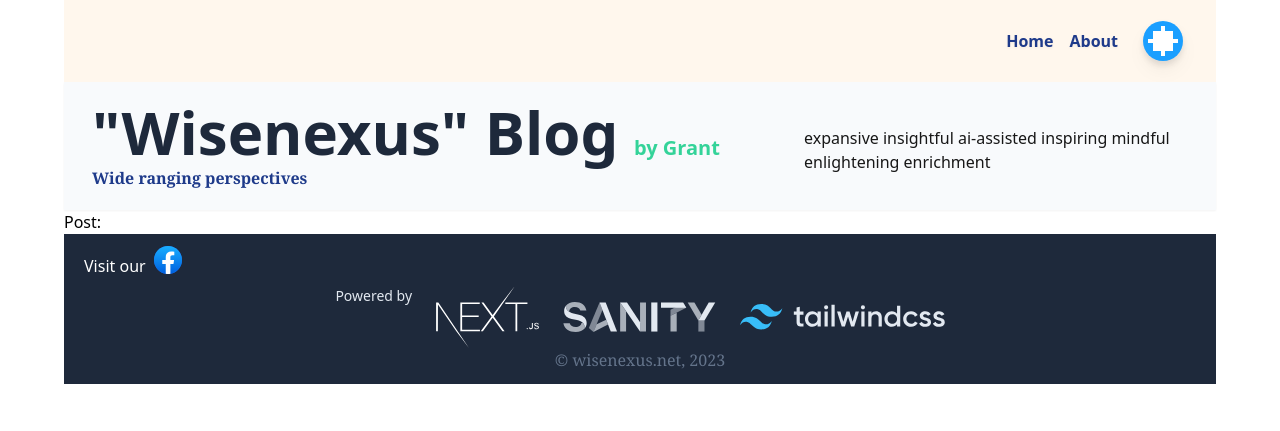
Repository: gpgundersen/sanity3-nextjs13-blog
Page: /post
These files come from the project's save history. The page is drawn as it stood at one moment and after the next save; the edit follows.
The browser window is 1280 px wide. The pictures show the whole page.
The project was rebuilt for these pictures with package versions that can differ from the ones it lists, and the page was loaded fresh each time. The framework's server and built-in components were replaced by stand-ins that run in the browser. Also part of the build but not shown: next.config.js.

Above is the page before, as saved 2023-02-05 17:02:34.

### app/(user)/layout.tsx
import Header from "../../components/Header"
import Banner from "../../components/Banner"
import Footer from "../../components/Footer"
import "../../styles/globals.css";

export default function RootLayout({
  children,
}: {
  children: React.ReactNode
}): JSX.Element {
  return (
    <html>
      <head />
      <body className="max-w-6xl mx-auto">
        <Header />
        <Banner />
        {children}
        <Footer />
        </body>
    </html>
  )
}

### app/(user)/post/page.tsx
import { client } from "../../../lib/sanity.client"

type Props = {
    params: {
        slug: string;
    };
};

function Post({params:
    { slug } }: Props) {
        return <div>Post: {slug}</div>;
    }


export default Post;

### components/Header.tsx
import NexusLogo from "./NexusLogo"
import Link from "next/link"

function Header() {
    return (
        <header className="flex items-center justify-end space-x-1 font-bold px-7 py-4 bg-orange-50">
            <div className="flex items-center justify-end space-x-4 mx-4 text-blue-900 drop-shadow-sm">
            <div className="hover:text-blue-500"><Link href="/">Home</Link></div>
            <div className="hover:text-blue-500"><Link href="/about/wise-phil">About</Link></div>
            </div>
            <div className="drop-shadow-lg">
               <NexusLogo />
            </div>
        </header>
    )
}

export default Header

### components/Banner.tsx
function Banner() {
    return <div className="flex items-center justify-between space-x-1 font-bold px-7 py-5 bg-slate-50 shadow-sm">
        <div >
            <h1 className="text-6xl text-slate-800">"Wisenexus" Blog <span className=" text-xl text-emerald-400">by Grant</span></h1>
            <h2 className="mt-4 md:mt-1 text-blue-900 font-serif">Wide ranging perspectives</h2>
        </div>
        <p className="mt-5 md:mt-2 max-w-sm text-neutral-900 font-thin">expansive insightful ai-assisted inspiring mindful enlightening enrichment</p>
        </div>

}

export default Banner

### components/Footer.tsx
import FbIcon from "./FbIcon"
import NextJsIcon from "./NextJsIcon"
import SanityIcon from "./SanityIcon"
import TailwindIcon from "./TailwindIcon"

function Footer() {
    return <div className="bg-slate-800 text-slate-200">
      <div className="container p-3">
        <div className="flex justify-start">
            <p className="text-white m-2 font-light">Visit our</p><FbIcon />
        </div>
        <div className="flex flex-wrap justify-center space-x-6">
          <p className="text-sm">Powered by</p><NextJsIcon /><SanityIcon /><TailwindIcon /></div>
       <h6 className="font-serif text-slate-500 text-center">© wisenexus.net, 2023</h6>
      </div>
    </div>
}

export default Footer

### components/NexusLogo.tsx
function NexusLogo(props: any) {
    const {renderDefault, title} = props;
    return <div className="flex items-center space-x-2">
        <svg width="50" height="50" viewBox="0 0 50 50">
            <circle cx="25" cy="25" r="20" fill="#1B9FFF"/>
            <rect x="15" y="15" width="20" height="20" fill="white"/>
            <path d="M 25 10 L 25 40" stroke="white" strokeWidth="4"/>
            <path d="M 10 25 L 40 25" stroke="white" strokeWidth="4"/>
        </svg>
        {renderDefault && <>{renderDefault(props)}</>}
    </div>;
}

export default NexusLogo

### components/FbIcon.tsx
function FbIcon() {
    return <button className="bg-blue-600 rounded-full w-7 h-full">
      <a target="_blank" href="https://www.facebook.com/wise.nexus" rel="noopener noreferrer">
        <svg className="fill-white" xmlns="http://www.w3.org/2000/svg" viewBox="0 0 40 40">
          <linearGradient xmlns="http://www.w3.org/2000/svg" id="a" x1="-277.375" x2="-277.375" y1="406.6018" y2="407.5726" gradientTransform="matrix(40 0 0 -39.7778 11115.001 16212.334)" gradientUnits="userSpaceOnUse">
            <stop offset="0" stopColor="#0062e0"/>
            <stop offset="1" stopColor="#19afff"/>
          </linearGradient>
            <path xmlns="http://www.w3.org/2000/svg" fill="url(#a)" d="M16.7 39.8C7.2 38.1 0 29.9 0 20 0 9 9 0 20 0s20 9 20 20c0 9.9-7.2 18.1-16.7 19.8l-1.1-.9h-4.4l-1.1.9z"/>
            <path xmlns="http://www.w3.org/2000/svg" fill="#fff" d="m27.8 25.6.9-5.6h-5.3v-3.9c0-1.6.6-2.8 3-2.8H29V8.2c-1.4-.2-3-.4-4.4-.4-4.6 0-7.8 2.8-7.8 7.8V20h-5v5.6h5v14.1c1.1.2 2.2.3 3.3.3 1.1 0 2.2-.1 3.3-.3V25.6h4.4z"/>
        </svg>
      </a>
    </button>
}

export default FbIcon

### components/NextJsIcon.tsx
function NextJsIcon() {
    return <button className="">
        <a target="_blank" href="https://nextjs.org/" rel="noopener noreferrer">
            <svg xmlns="http://www.w3.org/2000/svg" width="103px" height="62px" viewBox="0 0 207 124" fill="white">
            <path d="M48.9421964,32.6320058 L87.9011585,32.6320058 L87.9011585,35.7136421 L52.5134345,35.7136421 L52.5134345,58.9070103 L85.7908813,58.9070103 L85.7908813,61.9886466 L52.5134345,61.9886466 L52.5134345,87.4526941 L88.306981,87.4526941 L88.306981,90.5343303 L48.9421964,90.5343303 L48.9421964,32.6320058 Z M91.3912326,32.6320058 L95.5306221,32.6320058 L113.8738,58.0960534 L132.622801,32.6320058 L158.124498,0.286809811 L116.22757,60.7722112 L137.817329,90.5343303 L133.51561,90.5343303 L113.8738,63.4483691 L94.1508254,90.5343303 L89.9302715,90.5343303 L111.682358,60.7722112 L91.3912326,32.6320058 Z M139.359455,35.713642 L139.359455,32.6320058 L183.756439,32.6320058 L183.756439,35.7136421 L163.302983,35.7136421 L163.302983,90.5343303 L159.731745,90.5343303 L159.731745,35.7136421 L139.359455,35.713642 Z"/>
            <polygon points="0.202923647 32.6320058 4.66697141 32.6320058 66.2235778 124.303087 40.785176 90.5343303 3.93649086 37.0111732 3.77416185 90.5343303 0.202923647 90.5343303"/>
            <path d="M183.396622,86.5227221 C184.134938,86.5227221 184.673474,85.9601075 184.673474,85.233037 C184.673474,84.5059658 184.134938,83.9433513 183.396622,83.9433513 C182.666993,83.9433513 182.11977,84.5059658 182.11977,85.233037 C182.11977,85.9601075 182.666993,86.5227221 183.396622,86.5227221 Z M186.905793,83.1297235 C186.905793,85.2763149 188.460599,86.678523 190.727662,86.678523 C193.142388,86.678523 194.601647,85.233037 194.601647,82.7229099 L194.601647,73.8855335 L192.655968,73.8855335 L192.655968,82.7142542 C192.655968,84.1078073 191.952397,84.8521899 190.710289,84.8521899 C189.598473,84.8521899 188.842785,84.1597409 188.816727,83.1297235 L186.905793,83.1297235 Z M197.146664,83.0172011 C197.285642,85.2503478 199.153145,86.678523 201.932686,86.678523 C204.903321,86.678523 206.762139,85.1811034 206.762139,82.792155 C206.762139,80.9138876 205.702439,79.8752151 203.131364,79.2779777 L201.750279,78.9404092 C200.117298,78.5595622 199.457158,78.0488813 199.457158,77.1573541 C199.457158,76.0321243 200.482113,75.296398 202.019547,75.296398 C203.478806,75.296398 204.48639,76.0148135 204.668797,77.1660091 L206.562359,77.1660091 C206.44944,75.0626962 204.590622,73.5825873 202.045605,73.5825873 C199.309495,73.5825873 197.48542,75.0626962 197.48542,77.2871878 C197.48542,79.1221767 198.519063,80.2127835 200.786126,80.7407758 L202.401734,81.1302779 C204.060773,81.5197807 204.790402,82.091051 204.790402,83.0431676 C204.790402,84.1510859 203.643842,84.9560573 202.08035,84.9560573 C200.403939,84.9560573 199.240006,84.2030196 199.074971,83.0172011 L197.146664,83.0172011 Z"/>
            </svg>
        </a>
    </button>
}

export default NextJsIcon

### components/SanityIcon.tsx
function SanityIcon () {
    return <button className="">
        <a target="_blank" href="https://www.sanity.io/" rel="noopener noreferrer">
        <svg viewBox="0 0 105 22" fill="none" xmlns="http://www.w3.org/2000/svg" height="2em">
            <path opacity="0.7" d="M78.1793 7.99261V21.0028H73.9031V10.2138L78.1793 7.99261Z" fill="currentColor"></path>
            <path opacity="0.7" d="M20.9511 21.33L30.944 16.1051L29.7121 12.9141L23.1332 15.9821L20.9511 21.33Z" fill="currentColor"></path>
            <path opacity="0.5" d="M73.9031 10.2027L84.7443 4.65477L82.9126 1.5571L73.9031 5.95997V10.2027Z" fill="currentColor"></path>
            <path opacity="0.7" d="M43.3705 6.96233V21.0028H39.2927V1.00714L43.3705 6.96233Z" fill="currentColor"></path>
            <path opacity="0.5" d="M27.1299 6.18617L20.9511 21.33L17.7731 18.5943L25.1353 1.00714L27.1299 6.18617Z" fill="currentColor"></path>
            <path d="M25.1353 1.00714H29.3477L37.1386 21.0028H32.8269L25.1353 1.00714Z" fill="currentColor"></path>
            <path d="M44.0012 1.00714L52.9824 14.6682V21.0028L39.2927 1.00714H44.0012Z" fill="currentColor"></path>
            <path d="M64.9183 1.00714H60.6739V21.0063H64.9183V1.00714Z" fill="currentColor"></path>
            <path d="M73.9031 4.65474H67.37V1.00714H82.5867L84.7443 4.65474H78.1793H73.9031Z" fill="currentColor"></path>
            <path opacity="0.5" d="M97.2754 13.4153V21.0028H93.0629V13.4153" fill="currentColor"></path>
            <path d="M93.0629 13.4152L100.191 1.00714H104.666L97.2754 13.4152H93.0629Z" fill="currentColor"></path>
            <path opacity="0.7" d="M93.063 13.4152L85.7363 1.00714H90.3456L95.3092 9.51008L93.063 13.4152Z" fill="currentColor"></path>
            <path d="M1.96126 3.31479C1.96126 6.09921 3.71145 7.75595 7.21536 8.62956L10.9283 9.47533C14.2444 10.2236 16.2639 12.0822 16.2639 15.1103C16.2897 16.4295 15.8531 17.7173 15.0274 18.7579C15.0274 15.7368 13.4367 14.1044 9.59972 13.1229L5.95409 12.3085C3.03475 11.6541 0.781478 10.1262 0.781478 6.83709C0.766123 5.56693 1.18116 4.32781 1.96126 3.31479" fill="currentColor"></path>
            <path opacity="0.7" d="M52.9824 13.6415V1.00714H57.0602V21.0028H52.9824V13.6415Z" fill="currentColor"></path>
            <path opacity="0.7" d="M12.7458 14.3689C14.3294 15.3643 15.0238 16.7565 15.0238 18.7544C13.713 20.4041 11.4101 21.33 8.70333 21.33C4.14718 21.33 0.958577 19.1268 0.25 15.2982H4.62547C5.18878 17.0559 6.68034 17.8703 8.67144 17.8703C11.1019 17.8703 12.7174 16.5964 12.7493 14.3619" fill="currentColor"></path>
            <path opacity="0.7" d="M4.23567 7.44267C3.5125 7.02045 2.9192 6.41375 2.51873 5.68697C2.11827 4.96019 1.92558 4.14045 1.96113 3.31476C3.22594 1.67891 5.42608 0.679993 8.10804 0.679993C12.7492 0.679993 15.4347 3.08852 16.0972 6.47856H11.8883C11.4242 5.14203 10.2621 4.10136 8.14347 4.10136C5.87957 4.10136 4.33487 5.39611 4.24629 7.44267" fill="currentColor"></path>
        </svg>
        </a>
    </button>
}

export default SanityIcon

### components/TailwindIcon.tsx
function TailwindIcon() {
    return <button className="">
        <a target="_blank" href="https://tailwindcss.com/" rel="noopener noreferrer">
            <svg xmlns="http://www.w3.org/2000/svg" width="204.8" height="25.6" viewBox="0 0 512 64">
                <path d="M52.898 0C38.792 0 29.976 7.053 26.45 21.16c5.29-7.054 11.462-9.699 18.515-7.935 4.024 1.005 6.9 3.926 10.084 7.157 5.186 5.264 11.189 11.357 24.3 11.357 14.106 0 22.922-7.053 26.449-21.16-5.29 7.054-11.462 9.699-18.515 7.935-4.024-1.005-6.9-3.926-10.084-7.157C72.012 6.093 66.01 0 52.898 0zM26.45 31.739c-14.106 0-22.922 7.053-26.449 21.16 5.29-7.054 11.461-9.699 18.514-7.935 4.025 1.007 6.9 3.926 10.084 7.157 5.186 5.264 11.19 11.357 24.3 11.357 14.107 0 22.923-7.053 26.45-21.16-5.29 7.054-11.462 9.699-18.515 7.935-4.024-1.005-6.9-3.926-10.084-7.156-5.186-5.265-11.189-11.358-24.3-11.358z" fill="#38bdf8"/>
                <path d="M158.687 26.747h-9.231v17.868c0 4.765 3.126 4.69 9.231 4.392v7.222c-12.358 1.489-17.272-1.936-17.272-11.614V26.747h-6.85v-7.743h6.85v-10l8.04-2.382v12.382h9.232zm35.192-7.743h8.04V56.23h-8.04v-5.36c-2.83 3.945-7.222 6.328-13.03 6.328-10.124 0-18.537-8.562-18.537-19.58 0-11.093 8.413-19.58 18.538-19.58 5.807 0 10.2 2.382 13.029 6.253zM182.115 49.53c6.7 0 11.764-4.989 11.764-11.912s-5.063-11.912-11.764-11.912-11.763 4.988-11.763 11.912 5.063 11.912 11.763 11.912zm33.205-36.11c-2.83 0-5.137-2.383-5.137-5.138a5.147 5.147 0 0 1 5.137-5.137 5.147 5.147 0 0 1 5.137 5.137c0 2.755-2.308 5.138-5.137 5.138zm-4.02 42.808V19.004h8.04V56.23zm17.346 0V1.881h8.041v54.348zm60.23-37.225h8.487L285.675 56.23h-7.892l-7.743-25.09-7.817 25.09h-7.891l-11.689-37.225h8.487l7.222 25.685 7.817-25.685h7.668l7.743 25.685zm18.464-5.583c-2.83 0-5.137-2.383-5.137-5.138a5.147 5.147 0 0 1 5.137-5.137 5.147 5.147 0 0 1 5.137 5.137c0 2.755-2.308 5.138-5.137 5.138zm-4.02 42.808V19.004h8.04V56.23zm36.926-38.193c8.339 0 14.295 5.659 14.295 15.337v22.856h-8.04V34.192c0-5.658-3.277-8.636-8.34-8.636-5.285 0-9.454 3.127-9.454 10.72V56.23h-8.04V19.004h8.04v4.765c2.457-3.871 6.477-5.733 11.54-5.733zM392.66 4.114h8.04V56.23h-8.04v-5.36c-2.83 3.945-7.222 6.328-13.029 6.328-10.125 0-18.538-8.562-18.538-19.58 0-11.093 8.413-19.58 18.538-19.58 5.807 0 10.2 2.382 13.029 6.253zM380.896 49.53c6.7 0 11.763-4.989 11.763-11.912s-5.063-11.912-11.763-11.912-11.763 4.988-11.763 11.912 5.062 11.912 11.763 11.912zm46.754 7.668c-11.242 0-19.654-8.562-19.654-19.58 0-11.093 8.412-19.58 19.654-19.58 7.296 0 13.625 3.796 16.603 9.603l-6.924 4.02c-1.638-3.498-5.286-5.732-9.753-5.732-6.552 0-11.54 4.988-11.54 11.689s4.988 11.688 11.54 11.688c4.467 0 8.115-2.308 9.902-5.732l6.923 3.945c-3.126 5.882-9.455 9.679-16.75 9.679zm30.003-27.919c0 6.775 20.027 2.68 20.027 16.454 0 7.445-6.477 11.465-14.517 11.465-7.445 0-12.806-3.35-15.188-8.71l6.924-4.021c1.191 3.35 4.169 5.36 8.264 5.36 3.573 0 6.328-1.19 6.328-4.169 0-6.626-20.027-2.903-20.027-16.23 0-6.998 6.03-11.39 13.624-11.39 6.105 0 11.168 2.828 13.773 7.742l-6.774 3.797c-1.34-2.903-3.946-4.244-6.999-4.244-2.903 0-5.435 1.266-5.435 3.946zm34.322 0c0 6.775 20.027 2.68 20.027 16.454 0 7.445-6.477 11.465-14.518 11.465-7.445 0-12.805-3.35-15.188-8.71l6.924-4.021c1.191 3.35 4.17 5.36 8.264 5.36 3.574 0 6.328-1.19 6.328-4.169 0-6.626-20.027-2.903-20.027-16.23 0-6.998 6.03-11.39 13.625-11.39 6.104 0 11.167 2.828 13.773 7.742l-6.775 3.797c-1.34-2.903-3.946-4.244-6.998-4.244-2.904 0-5.435 1.266-5.435 3.946z" fill="currentColor"/>
            </svg>
        </a>
    </button>
}

export default TailwindIcon

Loaded but not shown: styles/globals.css (common file); tailwind.config.js (common file)

After the next save:
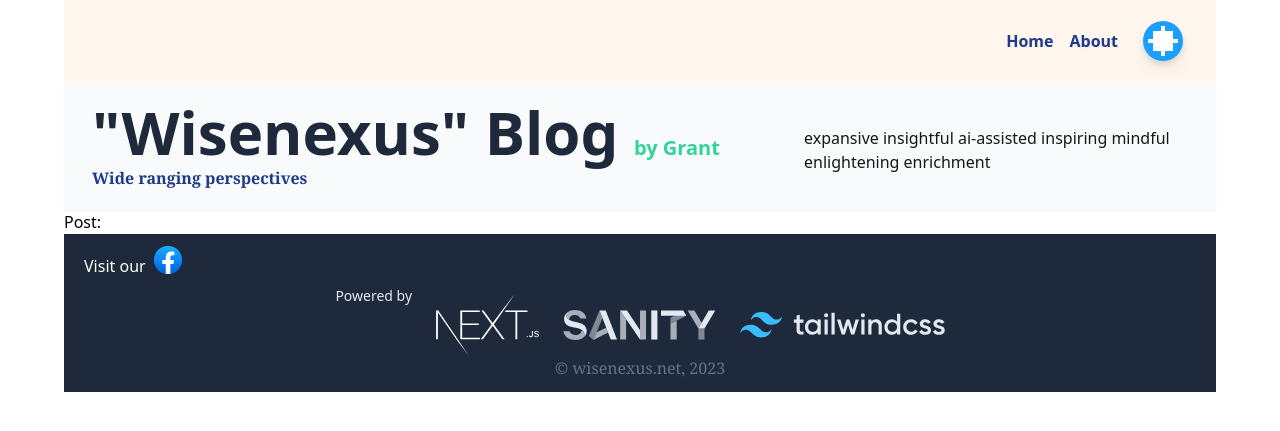
Saved 23 s later.
--- a/components/Footer.tsx
+++ b/components/Footer.tsx
@@ -9,7 +9,7 @@
         <div className="flex justify-start">
             <p className="text-white m-2 font-light">Visit our</p><FbIcon />
         </div>
-        <div className="flex flex-wrap justify-center space-x-6">
+        <div className="flex flex-wrap justify-center space-x-6 space-y-2">
           <p className="text-sm">Powered by</p><NextJsIcon /><SanityIcon /><TailwindIcon /></div>
        <h6 className="font-serif text-slate-500 text-center">© wisenexus.net, 2023</h6>
       </div>
